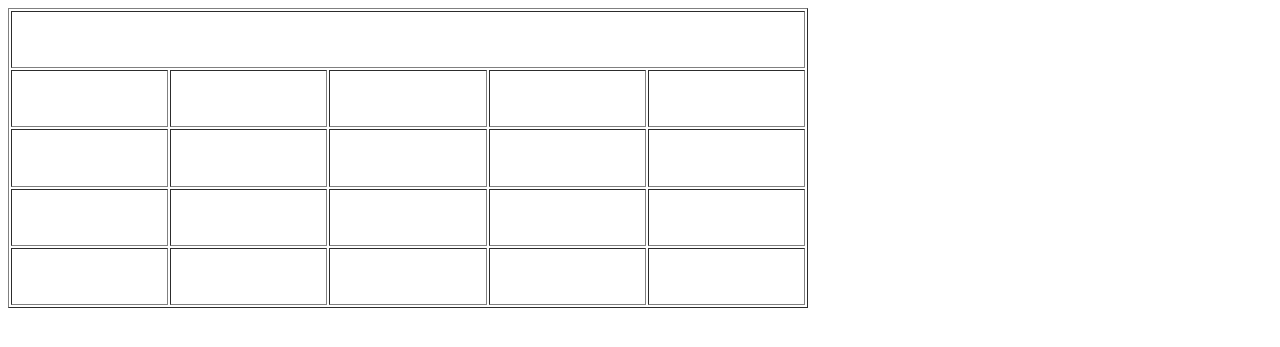
Repository: nijooymik/smartfactory
Page: jsp/t0718/src/main/webapp/html/img/tableex.html
An editor plug-in stored every save of this project. The page is shown before and after the next save, followed by the edit.
The browser window is 1280 px wide. The pictures show the whole page.

Above is the page before, as saved 2022-07-18 04:47:37.

### jsp/t0718/src/main/webapp/html/img/tableex.html
<!DOCTYPE html>
<html>
<head>
<meta charset="EUC-KR">
<title>Insert title here</title>
</head>
<body>
	<table border=1 width="800" height="300">
	<tr>
		<td colspan=5></td>
	</tr>
	<tr>
		<td></td>
		<td></td>
		<td></td>
		<td></td>
		<td></td>
	</tr>
	<tr>
		<td></td>
		<td></td>
		<td></td>
		<td></td>
		<td></td>
	</tr>
	<tr>
		<td></td>
		<td></td>
		<td></td>
		<td></td>
		<td></td>
	</tr>
	<tr>
		<td></td>
		<td></td>
		<td></td>
		<td></td>
		<td></td>
	</tr>
	</table>
</body>
</html>

After the next save:
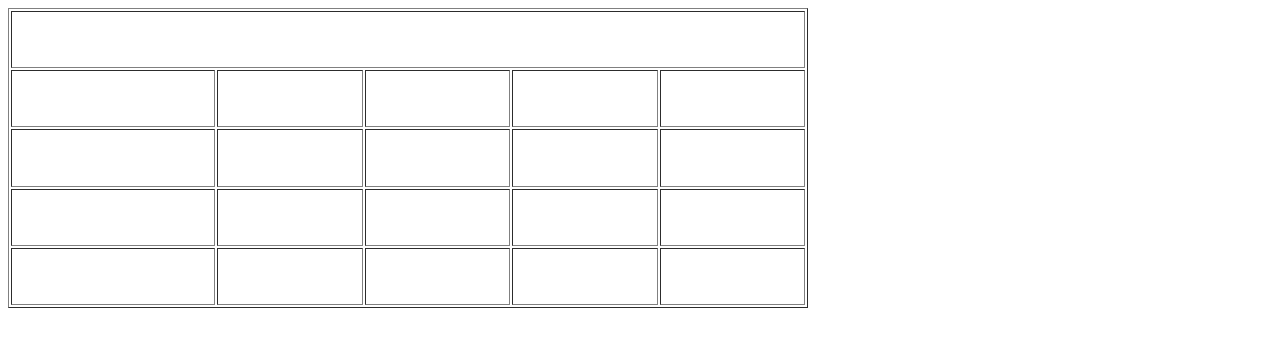
Saved 47 s later.
--- a/jsp/t0718/src/main/webapp/html/img/tableex.html
+++ b/jsp/t0718/src/main/webapp/html/img/tableex.html
@@ -10,7 +10,7 @@
 		<td colspan=5></td>
 	</tr>
 	<tr>
-		<td></td>
+		<td width="200"></td>
 		<td></td>
 		<td></td>
 		<td></td>
